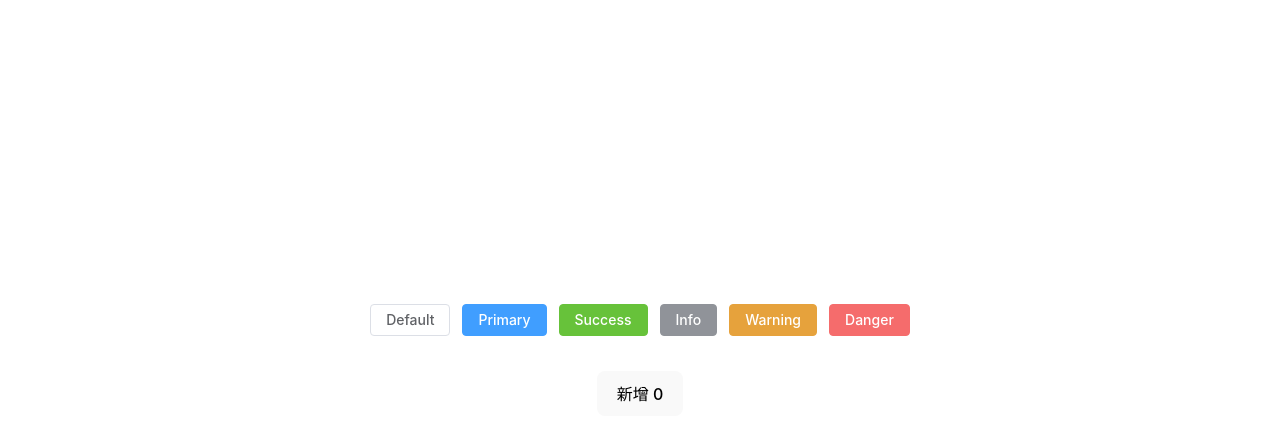
Repository: tjm3919/yuyue-book
Page: / (app in yuyue/out/production/yuyue/yuyue-ui/)
The author's editor kept a copy of each file at every save. The page is drawn from the files as they stood at one save, then again after the next save.
The browser window is 1280 px wide. The pictures show the whole page.
The project was rebuilt for these pictures with package versions that can differ from the ones it lists, and the page was loaded fresh each time. Also part of the build but not shown: yuyue/out/production/yuyue/yuyue-ui/vite.config.ts.

Above is the page before, as saved 2023-02-01 11:48:09.

After the next save:
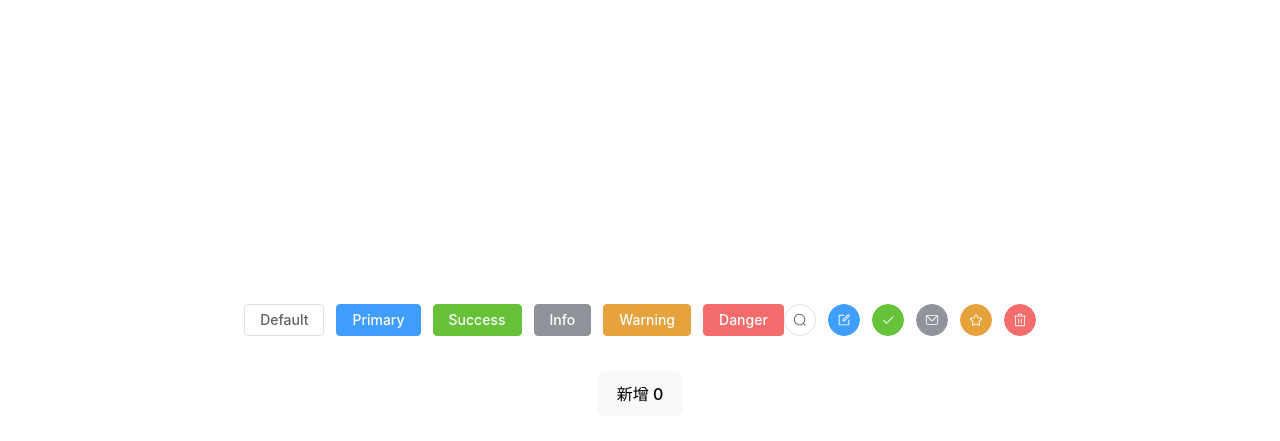
Saved 28 s later.
--- a/yuyue/out/production/yuyue/yuyue-ui/src/components/HelloWorld.vue
+++ b/yuyue/out/production/yuyue/yuyue-ui/src/components/HelloWorld.vue
@@ -29,6 +29,15 @@ defineProps<{ msg: string }>()
     <el-button type="info">Info</el-button>
     <el-button type="warning">Warning</el-button>
     <el-button type="danger">Danger</el-button>
+
+    <el-row>
+    <el-button :icon="Search" circle />
+    <el-button type="primary" :icon="Edit" circle />
+    <el-button type="success" :icon="Check" circle />
+    <el-button type="info" :icon="Message" circle />
+    <el-button type="warning" :icon="Star" circle />
+    <el-button type="danger" :icon="Delete" circle />
+  </el-row>
   </el-row>
   <h1>{{ msg }}</h1>
     <button type="button" @click="addVtn">新增 {{ count }}</button>
